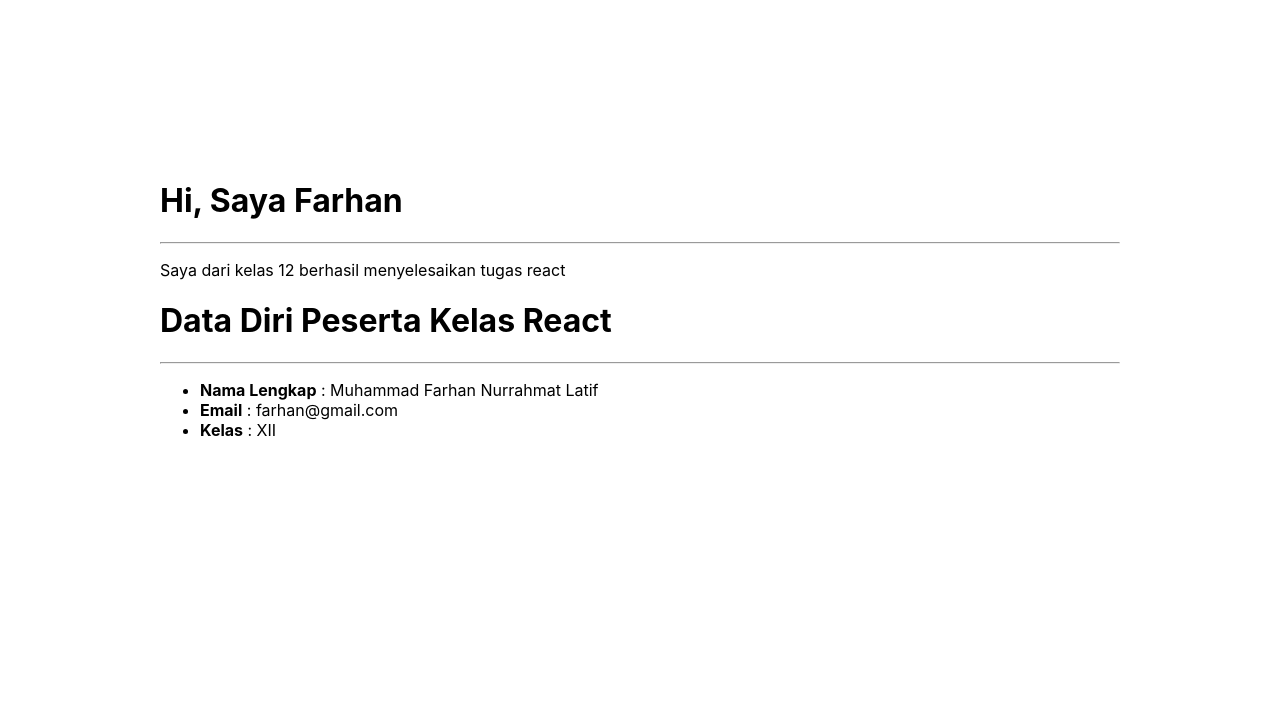
Repository: mfarhannr/Tugas-Reactjs_Farhan
Page: /
An editor plug-in stored every save of this project. The page is shown before and after the next save, followed by the edit.
The browser window is 1280 px wide. The pictures show the whole page.
The project was rebuilt for these pictures with package versions that can differ from the ones it lists, and the page was loaded fresh each time.

Above is the page before, as saved 2024-05-03 15:43:47.

After the next save:
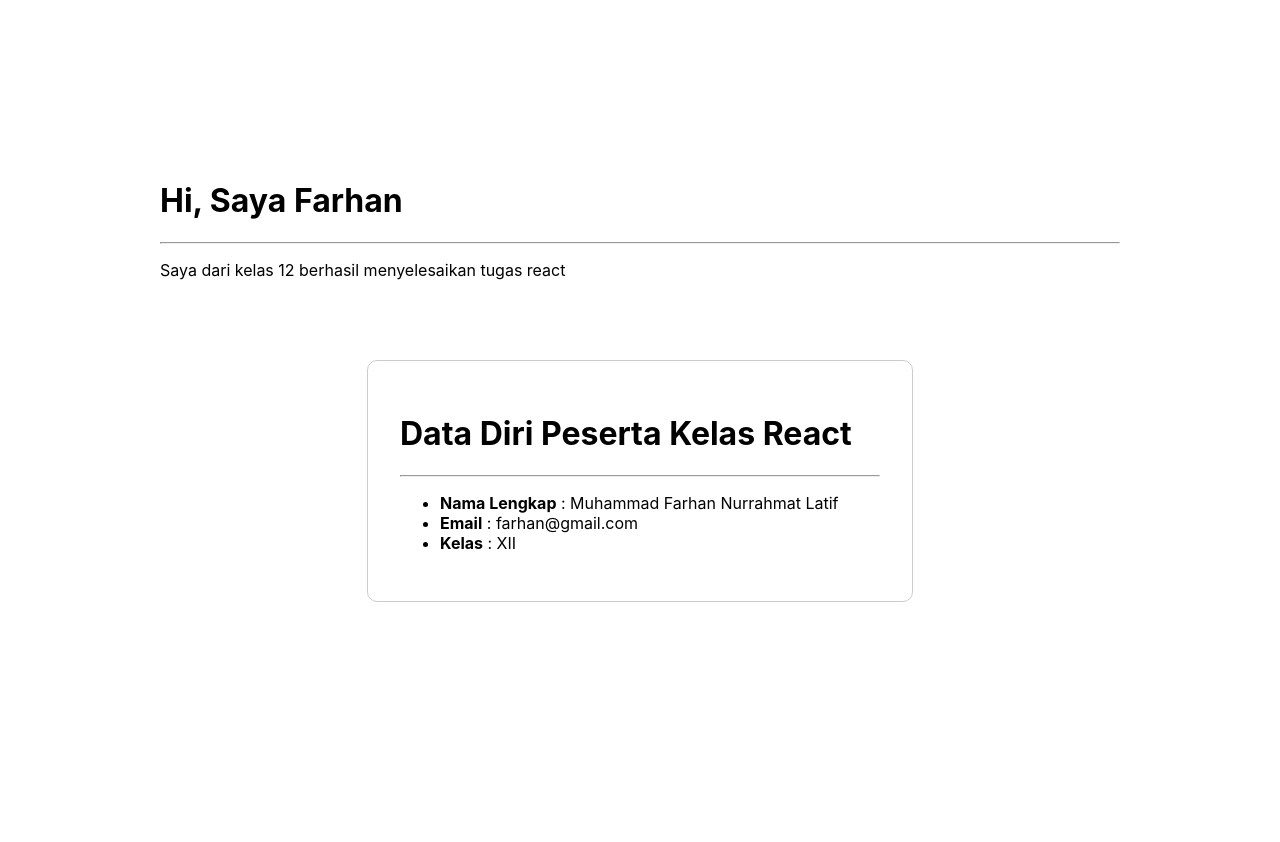
Saved 7 s later.
--- a/src/App.css
+++ b/src/App.css
@@ -15,13 +15,13 @@ span {
   font-size:bold;
 }
 
-/* .Card7 {
+.Card7 {
   border: 1px solid #ccc;
   border-radius: 10px;
   padding: 2em;
   margin: 5em auto;
   width: 50%;
-} */
+}
 
 .App-logo {
   height: 40vmin;
